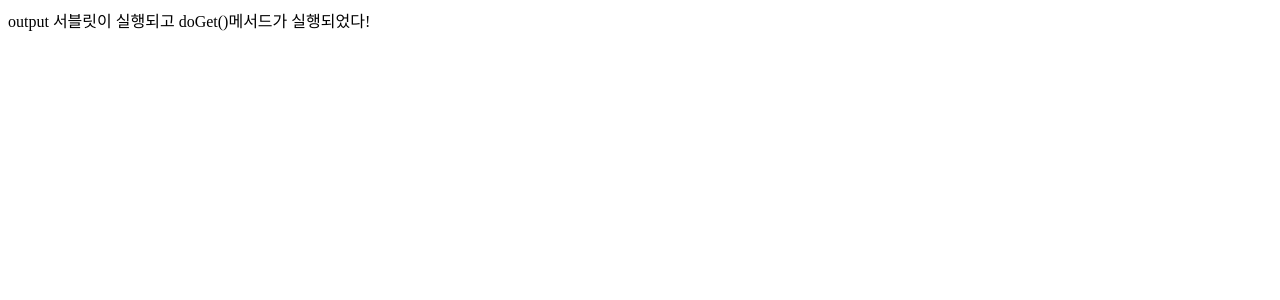
Repository: Mrcho27/class_servlet
Page: http://localhost/day01/output
The author's editor kept a copy of each file at every save. The page is drawn from the files as they stood at one save, then again after the next save.
The browser window is 1280 px wide. The pictures show the whole page.
The page is served by Tomcat 9. Other server files are loaded and not shown.

Above is the page before, as saved 2024-03-26 02:37:00.

### workspace/day01/src/main/java/com/koreait/app/OutputServlet.java
package com.koreait.app;

import java.io.IOException;
import javax.servlet.ServletException;
import javax.servlet.annotation.WebServlet;
import javax.servlet.http.HttpServlet;
import javax.servlet.http.HttpServletRequest;
import javax.servlet.http.HttpServletResponse;

/**
 * Servlet implementation class OutputServlet
 */
@WebServlet("/output")
public class OutputServlet extends HttpServlet {
	private static final long serialVersionUID = 1L;

    /**
     * @see HttpServlet#HttpServlet()
     */
    public OutputServlet() {
        super();
        // TODO Auto-generated constructor stub
    }

	/**
	 * @see HttpServlet#doGet(HttpServletRequest request, HttpServletResponse response)
	 */
	protected void doGet(HttpServletRequest request, HttpServletResponse response) throws ServletException, IOException {
		response.setContentType("text/html; charset=utf-8");
		response.getWriter().append("output 서블릿이 실행되고 doGet()메서드가 실행되었다! ");

		String userName = request.getParameter("userName");

		System.out.println(userName);

		String userAge = request.getParameter("userAge");

		System.out.println(userAge);
	}

	/**
	 * @see HttpServlet#doPost(HttpServletRequest request, HttpServletResponse response)
	 */
	protected void doPost(HttpServletRequest request, HttpServletResponse response) throws ServletException, IOException {
		// TODO Auto-generated method stub
		doGet(request, response);
	}

}

After the next save:
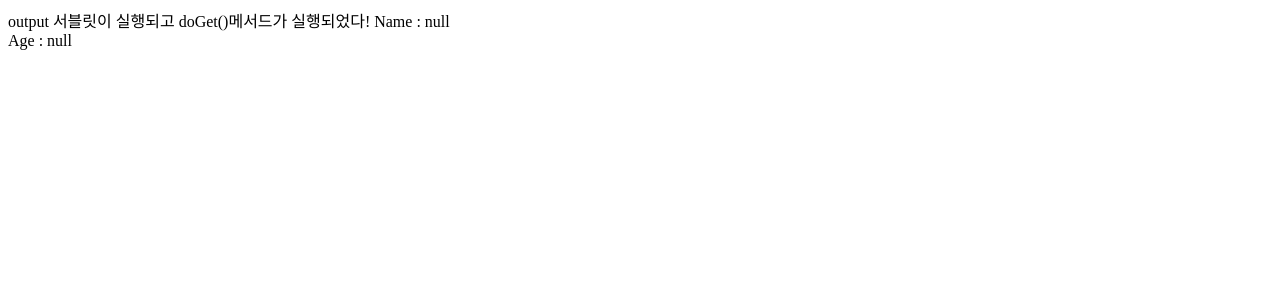
Saved 5 min 22 s later.
--- a/workspace/day01/src/main/java/com/koreait/app/OutputServlet.java
+++ b/workspace/day01/src/main/java/com/koreait/app/OutputServlet.java
@@ -1,6 +1,8 @@
 package com.koreait.app;
 
 import java.io.IOException;
+import java.io.PrintWriter;
+
 import javax.servlet.ServletException;
 import javax.servlet.annotation.WebServlet;
 import javax.servlet.http.HttpServlet;
@@ -36,6 +38,19 @@ public class OutputServlet extends HttpServlet {
 		String userAge = request.getParameter("userAge");
 
 		System.out.println(userAge);
+
+		PrintWriter out = response.getWriter();
+		out.println("<html>");
+		out.println("<head>");
+		out.println("</head>");
+		out.println("<body>");
+
+		out.println("Name : "+ userName +" <br>");
+		out.println("Age : "+ userAge +" <br>");
+
+
+		out.println("</body>");
+		out.println("</html>");
 	}
 
 	/**
